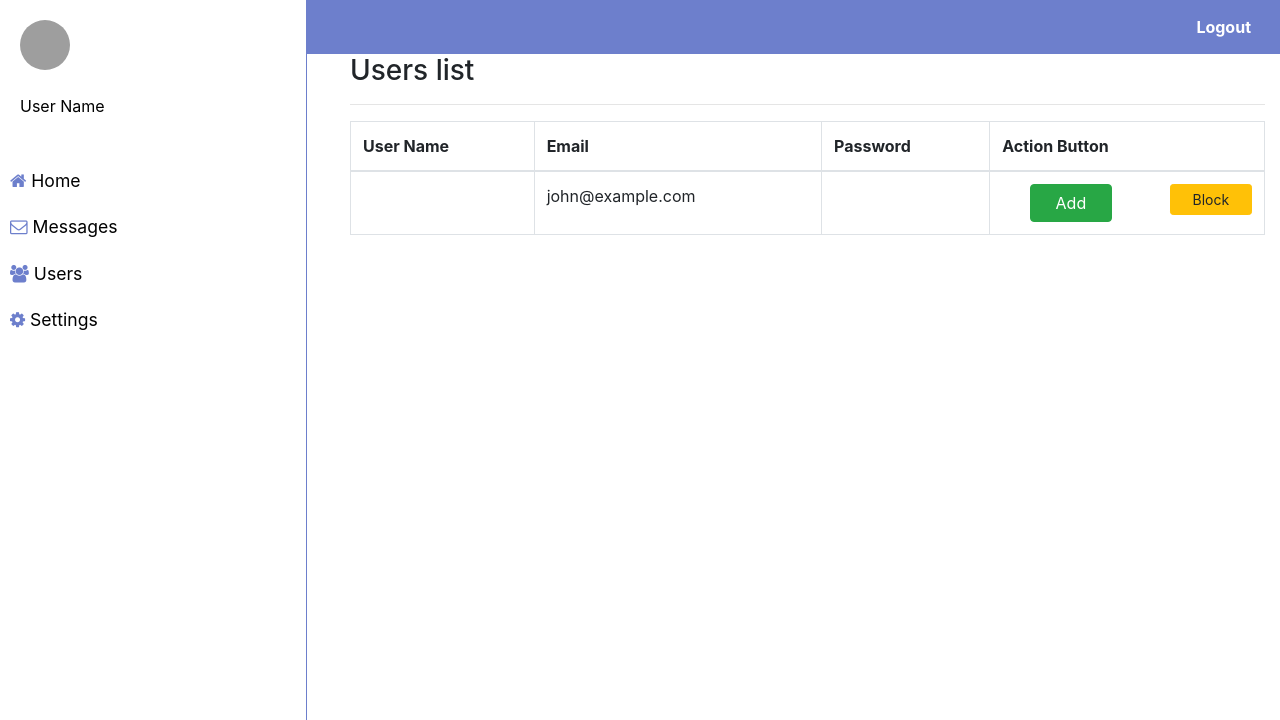
Repository: Evelyn-kate/chatapp-frontend-backend
Page: /users (app in my-app/)
These files come from the project's save history. The page is drawn as it stood at one moment and after the next save; the edit follows.
The browser window is 1280 px wide. The pictures show the whole page.
Pictures or frames that could not be fetched are drawn as grey boxes. Some web libraries are served in a nearby version. The project was rebuilt for these pictures with package versions that can differ from the ones it lists, and the page was loaded fresh each time. Also part of the build but not shown: my-app/src/components/WelcomeComponent.jsx, my-app/src/components/LoginComponent.jsx, my-app/src/components/WelcomedComponent.jsx, my-app/src/components/SettingsComponent.jsx, my-app/src/components/MessageComponent.jsx, my-app/src/components/AddComponent.jsx.

Above is the page before, as saved 2020-11-13 15:07:32.

After the next save:
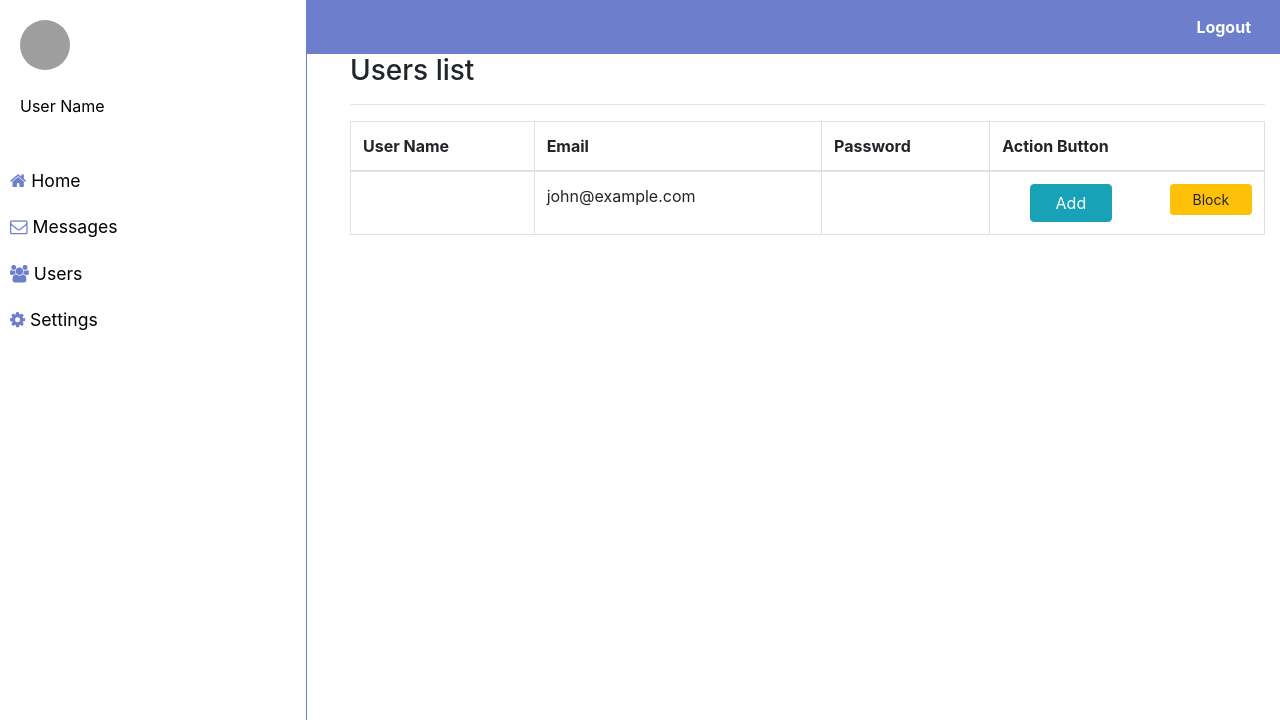
Saved 102 s later.
--- a/my-app/src/components/UserComponent.jsx
+++ b/my-app/src/components/UserComponent.jsx
@@ -55,7 +55,7 @@ class UserComponent extends React.Component {
                                                     <td>
                                                         <div className="row">
                                                             <div className="col-6">
-                                                                <button className="btn btn-success">Add<a href="http://localhost:3000/users/add"></a></button>
+                                                                <button className="btn btn-success btn-info">Add<a href="http://localhost:3000/users/add"></a></button>
                                                             </div>
                                                             <div className="col-6">
                                                                 <button className="btn btn-sm btn-warning">Block</button>
